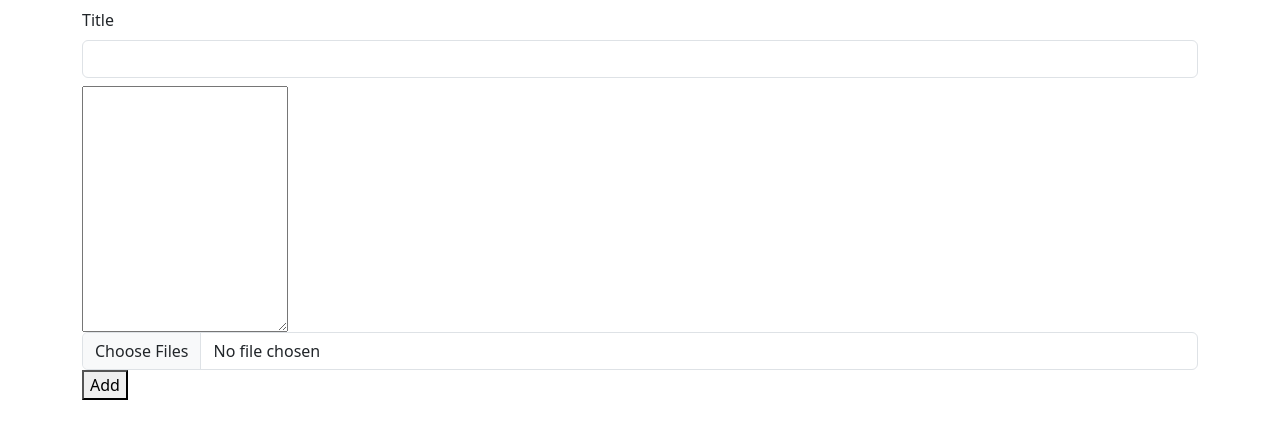
Repository: wasimalbokae2000/blogs
Page: http://localhost/posts/create
The author's editor kept a copy of each file at every save. The page is drawn from the files as they stood at one save, then again after the next save.
The browser window is 1280 px wide. The pictures show the whole page.
The page is served by the project's Laravel application, run on PHP 8.4 with Laravel 12. Other server files are loaded and not shown.

Above is the page before, as saved 2024-11-27 23:15:02.

### routes/web.php
<?php

use Illuminate\Support\Facades\Route;
use App\Http\Controllers\PostController;
Route::get('/', function () {
    return view('welcome');
});

Route::get('/posts', [PostController::class, "index"])->name("posts");
Route::get('/posts/create', [PostController::class, "create"] )->name("posts.create");
Route::POST('/posts/store', [PostController::class, "store"] )->name("posts.store");
Route::get('/posts/show/id={id?}', [PostController::class, "show"] )->name("posts.show");
Route::get('/posts/edit/id={id?}', [PostController::class, "edit"] )->name("posts.edit");
Route::POST('/posts/update/id={id?}', [PostController::class, "update"] )->name("posts.update");
Route::get('/posts/delete/id={id?}', [PostController::class, "destroy"] )->name("posts.delete");

### app/Http/Controllers/PostController.php
<?php

namespace App\Http\Controllers;

use App\Models\Post;
use Illuminate\Http\Request;

class PostController extends Controller
{
    /**
     * Display a listing of the resource.
     */
    public function index()
    {
        $posts=Post::all();
        return view("posts.index",compact("posts"));
    }

    /**
     * Show the form for creating a new resource.
     */
    public function create()
    {
        return view("posts.create");
    }

    /**
     * Store a newly created resource in storage.
     */
    public function store(Request $request)
    {

        $arr_images=array();
        if($images=$request->file("image"))
        {
            foreach($images as $image)
            {
                $imgName=$image->getClientOriginalName() . '-'. uniqid() . '.'.$image->getClientOriginalExtension();
                $arr_images[]=$imgName;
                 $image->move(public_path("/images"),$imgName);
            }
            // $imgName=$request->file("image")->getClientOriginalName() . '-'. uniqid() . '.'.$request->file("image")->getClientOriginalExtension();
        }
        $p=Post::create([
            "title"=>$request->title,
            "description"=>$request->description,
            "image"=>implode('|',$arr_images)
            ]);
        if($p)
        return redirect()->route('posts');
        return view("posts.index");
    }

    /**
     * Display the specified resource.
     */
    public function show($id)
    {
        $post=Post::find($id);
        return view("posts.show",compact("post"));
    }
    public function showForEdit($id)
    {

    }

    /**
     * Show the form for editing the specified resource.
     */
    public function edit($id)
    {
        $post=Post::find($id);
        return view("posts.edit",compact("post"));
    }

    /**
     * Update the specified resource in storage.
     */
    public function update(Request $request, $id)
    {
        $post=POST::find($id);
        $post->title=$request->title;
        $post->description=$request->description;
        if($request->hasFile("image"))
        {
            $imgName=$request->file("image")->getClientOriginalName() . '-'. uniqid() . '.'.$request->file("image")->getClientOriginalExtension();
           $request->file("image")->move(public_path("/images"),$imgName);
           $post->image=$imgName;
        }
        $post->save();
        return redirect()->route('posts');
    }

    /**
     * Remove the specified resource from storage.
     */
    public function destroy($id)
    {
        $post = Post::find($id);
        $post->delete();
        return redirect()->route('posts');
    }
}

### resources/views/posts/create.blade.php
<link href="https://cdn.jsdelivr.net/npm/bootstrap@5.3.3/dist/css/bootstrap.min.css" rel="stylesheet" integrity="sha384-QWTKZyjpPEjISv5WaRU9OFeRpok6YctnYmDr5pNlyT2bRjXh0JMhjY6hW+ALEwIH" crossorigin="anonymous">

<div class="container">
    <form action="{{ route("posts.store") }}" enctype="multipart/form-data" method="POST">
        @method("POST")
        @csrf
        <div class="mt-2 mb-2">
            <label for="title" class="form-label">Title</label>
            <input  class="form-control" id="title" >
        </div>
        <textarea name="description" cols="20" rows="10"></textarea>
        <input class="form-control" type="file" name="image[]" multiple>
        <button type="submit">Add</button>
    </form>
</div>

<script src="https://cdn.jsdelivr.net/npm/bootstrap@5.3.3/dist/js/bootstrap.bundle.min.js" integrity="sha384-YvpcrYf0tY3lHB60NNkmXc5s9fDVZLESaAA55NDzOxhy9GkcIdslK1eN7N6jIeHz" crossorigin="anonymous"></script>

Loaded but not shown: app/Http/Controllers/Controller.php (common file)

After the next save:
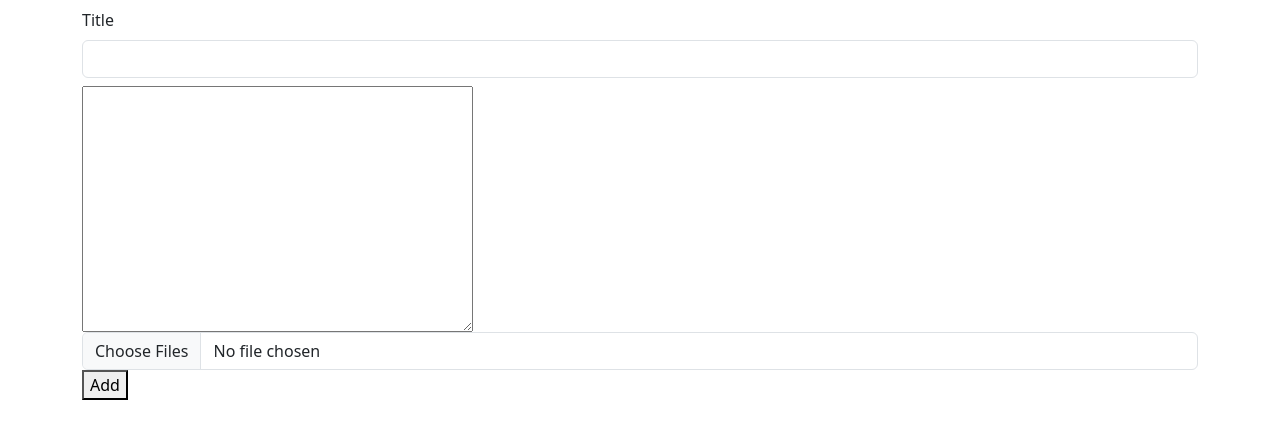
Saved 5 s later.
--- a/resources/views/posts/create.blade.php
+++ b/resources/views/posts/create.blade.php
@@ -8,7 +8,7 @@
             <label for="title" class="form-label">Title</label>
             <input  class="form-control" id="title" >
         </div>
-        <textarea name="description" cols="20" rows="10"></textarea>
+        <textarea name="description" cols="40" rows="10"></textarea>
         <input class="form-control" type="file" name="image[]" multiple>
         <button type="submit">Add</button>
     </form>
